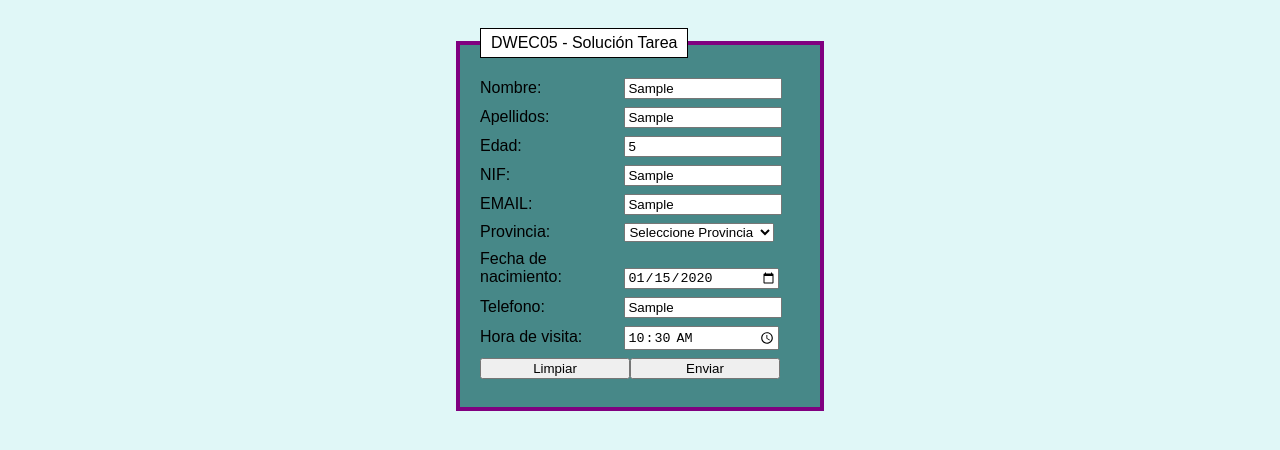
Repository: KoTvTrysaX01/2DAW-Desarrollo-WEB-en-Entorno-Cliente
Page: JAVASCRIPT/UD2/practica5/Actividad2/index.html
The author's editor kept a copy of each file at every save. The page is drawn from the files as they stood at one save, then again after the next save.
The browser window is 1280 px wide. The pictures show the whole page.
Empty fields were first filled with sample values (such as "Sample", 5 or name@example.com).
After loading, the first visible `#nif` was changed once.

Above is the page before, as saved 2025-11-01 21:29:22.

After the next save:
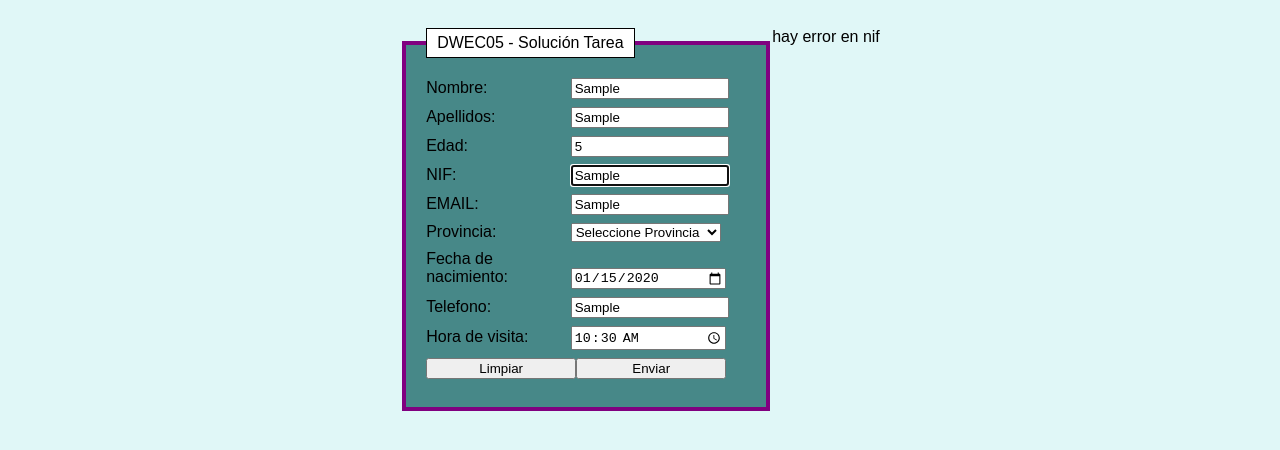
Saved 7 s later.
--- a/JAVASCRIPT/UD2/practica5/Actividad2/script.js
+++ b/JAVASCRIPT/UD2/practica5/Actividad2/script.js
@@ -68,7 +68,7 @@ window.onload = function (){
   }
   function esValidoNif(){
     const nifValor = nif.value.trim()
-    if(validNif(nifValor)) {
+    if(!validNif(nifValor)) {
       error.innerHTML = " hay error en nif"
       nif.focus()
     } else {
